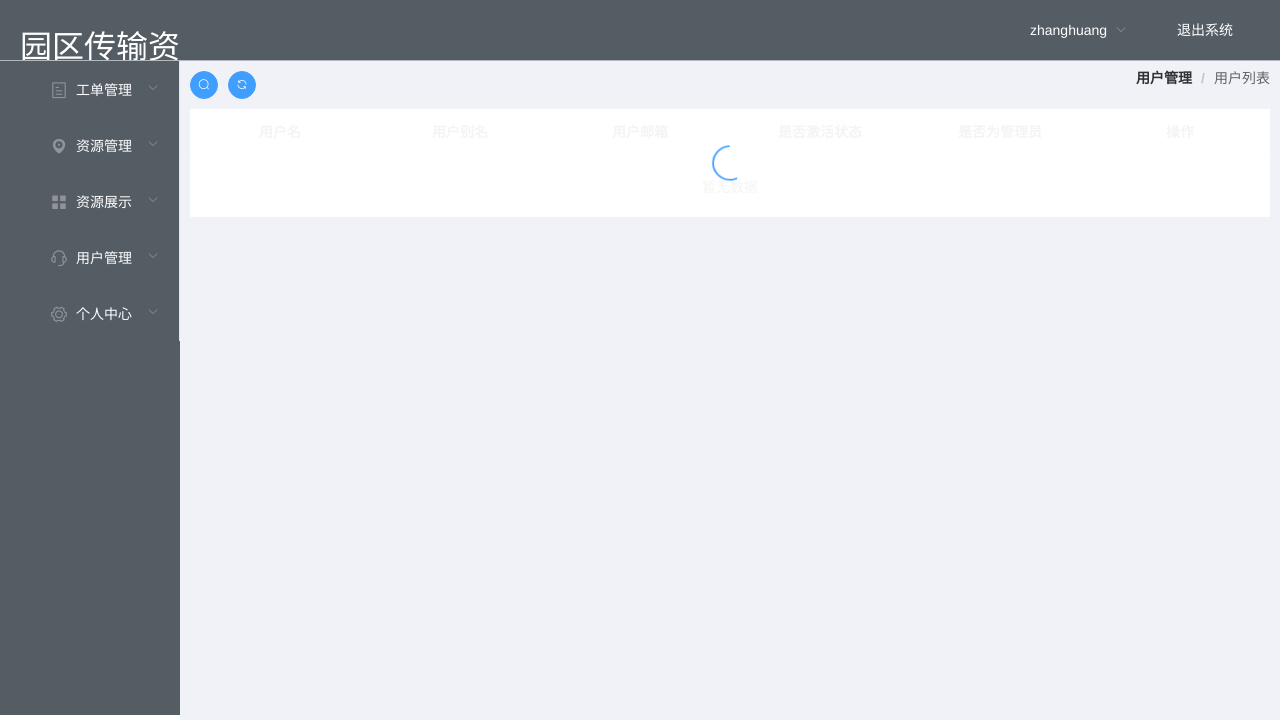
Repository: LezBaishi/yqpass
Page: /#/3 (app in yqpass-v1.5/frontend/)
These files come from the project's save history. The page is drawn as it stood at one moment and after the next save; the edit follows.
The browser window is 1280 px wide. The pictures show the whole page.
The page's requests for data from a server got no answer. The project was rebuilt for these pictures with package versions that can differ from the ones it lists, and the page was loaded fresh each time. No one was signed in, and anything a server would have sent is missing. Also part of the build but not shown: yqpass-v1.5/frontend/src/components/OrderlistNew.vue, yqpass-v1.5/frontend/src/components/OrderDetailUnfinished.vue, yqpass-v1.5/frontend/src/components/OrderlistUnfinished.vue, yqpass-v1.5/frontend/src/components/OrderDetailCompleted.vue, yqpass-v1.5/frontend/src/components/OrderlistCompleted.vue, yqpass-v1.5/frontend/src/components/Orderlist.vue, yqpass-v1.5/frontend/src/components/ResCableDetail.vue, yqpass-v1.5/frontend/src/components/ResCable.vue and 13 more.

Above is the page before, as saved 2018-10-21 17:24:33.

### yqpass-v1.5/frontend/index.html
<!DOCTYPE html>
<html>
  <head>
    <meta charset="utf-8">
    <meta name="viewport" content="width=device-width,initial-scale=1.0">
    <title>zhang</title>
  </head>
  <body>
    <div id="app"></div>
    <!-- built files will be auto injected -->
  </body>
</html>

### yqpass-v1.5/frontend/src/main.js
// The Vue build version to load with the `import` command
// (runtime-only or standalone) has been set in webpack.base.conf with an alias.
import Vue from 'vue'
import App from './App'
import router from './router'
import ElementUI from 'element-ui'
import 'element-ui/lib/theme-chalk/index.css'
import $ from 'jquery'
import store from './store/store'

import './axios/'
import Axios from 'axios'
Axios.defaults.withCredentials = true
Vue.prototype.$http = Axios


Vue.use(ElementUI)
Vue.config.productionTip = false

/* eslint-disable no-new */
new Vue({
  el: '#app',
  store,
  router,
  components: { App },
  template: '<App/>'
})

### yqpass-v1.5/frontend/src/store/store.js
// The Vue build version to load with the `import` command
// (runtime-only or standalone) has been set in webpack.base.conf with an alias.
import Vue from 'vue'
import Vuex from 'vuex'

import mutations from './mutations';
import * as actions from './actions';
import * as getters from './getters';

Vue.use(Vuex);

import cookie from '../static/js/cookie'

const userInfo = {
	name:cookie.getCookie('name')||'',
	token:cookie.getCookie('token')||''
}

const state = {
	userInfo
}

export default new Vuex.Store({
	state,
	mutations,
	actions,
	getters
});

### yqpass-v1.5/frontend/src/axios/index.js
// The Vue build version to load with the `import` command
// (runtime-only or standalone) has been set in webpack.base.conf with an alias.
import Vue from 'vue'
import axios from 'axios'

import store from '../store/store'

import * as types from '../store/mutation-types';
import router from '../router'

axios.defaults.withCredentials = true

// 创建axios实例
const service = axios.create({
	 timeout: 5000, // 请求的超时时间
	 withCredentials: true // 允许携带cookie
})

// request拦截器
service.interceptors.request.use(
 config => {
 // 发送请求之前，要做的业务
 	if (config.method=='post') {
 		config.headers['Content-Type'] = application/json
 	}
 	return config
 },
 error => {
 // 错误处理代码

 return Promise.reject(error)
 }
)

// response拦截器
service.interceptors.response.use(
 response => {
 // 数据响应之后，要做的业务
 return response
 },
 error => {
 return Promise.reject(error)
 }
)
export default service

### yqpass-v1.5/frontend/src/components/Layout.vue
<template lang="html">
  <el-row class="panel">
    <el-row class="top">
      <el-col :span='24' class="panel-top">
        <el-col style="width:180px; padding-left:20px; height: 100%;align-items: flex-end;">
          <!-- <img src="../assets/logo1.png"  alt="log" class="img" /> -->
          <!-- <a style="font-size: 28px;color: #ffffff;">ChinaMobile</a> -->
          <h1 style="color:#ffffff;">{{ msg }}</h1>
        </el-col>
        <el-col class='rightbar'>
          <el-menu router mode="horizontal" @select="handleSelect" background-color="#545c64" text-color="#fff" active-text-color="#ffd04b">
            <el-submenu index="1">
              <template slot="title">zhanghuang</template>
              <el-menu-item index="/personcenter">个人中心</el-menu-item>
            </el-submenu>
            <el-menu-item index="2">退出系统</el-menu-item>
          </el-menu>
            <!-- <el-dropdown trigger="click"  placement="bottom-end" v-if="userInfo.name">
            <span class="el-dropdown-link" v-model="name" style="cursor: pointer;font-weight:700l;font-size:15px;">
              欢迎您： {{userInfo.name}}<i class="el-icon-caret-bottom el-icon--right"></i>
            </span>
            <el-dropdown-menu slot="dropdown">
              <el-dropdown-item @click.native="toPersonCenter">个人中心</el-dropdown-item>
              <el-dropdown-item @click.native="toLogin">退出登录</el-dropdown-item>
            </el-dropdown-menu>
          </el-dropdown>
          <el-dropdown trigger="click" placement="top" v-else>
            <span class="el-dropdown-link" v-model="name" style="cursor: pointer;font-weight:700l;font-size:15px;">
              您好，请先登录<i class="el-icon-caret-bottom el-icon--right"></i>
            </span>
            <el-dropdown-menu slot="dropdown">
              <el-dropdown-item @click.native="firstLogin">前往登录</el-dropdown-item>
              <el-dropdown-item @click.native="firstRes">前往注册</el-dropdown-item>
            </el-dropdown-menu>
          </el-dropdown>             -->
        </el-col>
      </el-col>
    </el-row>
    <!-- <el-row class="top-nav">
      <el-col :span=10 :push="3">
          <el-tabs v-model="activeName" :stretch="true" @tab-click="handleClick" type="border-card">
          	<el-tab-pane v-for="(item, index) in label_list" :key="index" :label="item.title" :name="index">{{ item.title }}</el-tab-pane>
          </el-tabs>
      </el-col>
    </el-row> -->
    <el-row class="panel-center">
      <router-view></router-view>
    </el-row>
  </el-row>
</template>

<script>
import Orderlist from '../components/Orderlist'
import Resmanagement from '../components/Resmanagement'
import PersonCenter from '@/components/PersonCenter'
import { logout,getUserDetail } from '../api/api'
import { mapGetters } from 'vuex';
export default {
  components: {
  	Orderlist,
  	Resmanagement,
  	PersonCenter
  },
  data () {
    return {
      activeName: '0',
      msg: '园区传输资源调度系统',
      label_list: [
        {
          title: '工单管理',
        },
        {
          title: '资源管理',
        },
        {
          title: '资源展示',
        },
        {
          title: '用户管理',
        }
      ]
    }
  },
  computed: {
  	...mapGetters({
  		userInfo: 'userInfo'
  	})
  },
  methods: {
    handleClick (tab, event) {
      console.log(tab, event);
      let urlStr = '/' + this.activeName;
      this.$router.push(urlStr);
    },
    toPersonCenter () {
	  	  getUserDetail({}).then((response)=> {
	  		if (response.data.code == 1) {
	  			this.$router.push({path: '/personcenter'})
	  		}else{
	  			return response.data.msg
	  		}
	  	})

    },
    toLogin () {
    	this.$confirm('是否确定退出系统', '提示', {
    		confirmButtonText: '确定',
    		cancelButtonText: '取消',
    		type: 'warning'
    	}).then(() => {
		  	  logout({}).then((response)=> {
		  		console.log(response);
		  		if (response.data.code == 1) {
    				this.$router.push({path: '/login'})
		  		}else{
		  			return response.data.msg
		  		}
		  	})
    	}).catch(() => {

    	});
    },
    firstLogin () {
    	this.$router.push({path: '/login'})
    },
    firstRes () {
    	this.$router.push({path: '/reg'})
    }
  }
}
</script>

<!-- Add "scoped" attribute to limit CSS to this component only -->
<style lang="css" scoped>
h1, h2 {
  font-weight: normal;
}
ul {
  list-style-type: none;
  padding: 0;
}
li {
  display: inline-block;
  margin: 0 10px;
}
a {
  color: #42b983;
}
.panel {
  position:absolute;
  top:0;
  bottom: 5px;
  left: 0;
  right: 0;
  background:#ffffff;
}
.panel-top {
  display: flex;
  justify-content: space-between;
  height: 60px;
  background: #545c64;
  /* color: #c0ccda; */
  text-align: left;
  /* padding-left: 70px; */
}
.img{
  height:60px;
  left:0px;
  top:0px;
}
.rightbar {
  width: 280px;
  /* text-align: right; */
  /* padding-right: 20px; */
  /* line-height:50px; */
  /* align-items: center; */
  /* justify-content: flex-end; */
}
.top-nav {
	height: 40px;
}
.panel-center {
  background: #545c64;
  position: absolute;
  top: 60px;
  bottom: 0px;
  width: 100%;
  margin: auto 0;
    /*最外层要hidden*/
    /*这是行，绝对定位之后没有宽度因此必须设置width*/
}
.breadcrumb {
  margin-bottom: 10px;
}
.button_nav {
  margin-bottom: 10px;
}
.panel-c-c {
    /*这是列，因为已经有了列的宽度因此无需设置width*/
  background: #f1f2f7;
  position: absolute;
  right: 0px;
  top: 0px;
  bottom: 0px;
    /*内层设置滚动*/
  padding: 10px;
}
</style>

### yqpass-v1.5/frontend/src/components/Usermanagement.vue
<template lang="html">
  <div>
  	<el-row class="sidebar">
  	<el-col>
        <!-- <el-menu router :default-active="$route.path" theme="dark">
          <el-submenu>
            <template slot="title">用户管理</template>
            <el-menu-item index="/3/userList">用户列表</el-menu-item>
            <el-menu-item index="/3/roleList">角色列表</el-menu-item>
            <el-menu-item index="/3/deptList">部门列表</el-menu-item>
          </el-submenu>
        </el-menu> -->
        <el-menu router default-active="2" class="el-menu-vertical-demo" @open="handleOpen" @close="handleClose" background-color="#545c64" text-color="#fff" active-text-color="#ffd04b">
            <el-submenu index="1">
              <template slot="title">
                <i class="el-icon-tickets"></i>
                <span>工单管理</span>
              </template>
              <el-menu-item index="/0/orderNew">新建工单</el-menu-item>
              <el-menu-item index="/0/orderUnfinished">待办工单</el-menu-item>
              <el-menu-item index="/0/orderCompleted">已办工单</el-menu-item>
            </el-submenu>
            <el-submenu index="2">
              <template slot="title">
                <i class="el-icon-location"></i>
                <span>资源管理</span>
              </template>
              <el-menu-item index="/1/resCable">光缆总表</el-menu-item>
              <el-menu-item index="/1/resCircuit">已用电路</el-menu-item>
            </el-submenu>
            <el-submenu index="3">
              <template slot="title">
                <i class="el-icon-menu"></i>
                <span>资源展示</span>
              </template>
            </el-submenu>
            <el-submenu index="4">
              <template slot="title">
                <i class="el-icon-service"></i>
                <span>用户管理</span>
              </template>
              <el-menu-item index="/3/userList">用户列表</el-menu-item>
              <el-menu-item index="/3/roleList">角色列表</el-menu-item>
              <el-menu-item index="/3/deptList">部门列表</el-menu-item>
            </el-submenu>
            <el-submenu index="5">
              <template slot="title">
                <i class="el-icon-setting"></i>
                <span>个人中心</span>
              </template>
              <el-menu-item index="/personcenter/infor">个人信息</el-menu-item>
              <el-menu-item index="/personcenter/changepass">修改密码</el-menu-item>
            </el-submenu>
          </el-menu>
      </el-col>
    </el-row>
    <el-row class="panel-c-c">
      <el-col>
      	<router-view></router-view>
      </el-col>
    </el-row>
  </div>
</template>

<script>
import UserList from '../components/UserList'
import RoleList from '../components/RoleList'
import DeptList from '../components/DeptList'
export default {
  components: {
  	UserList,
  	RoleList,
  	DeptList
  },
  data () {
    return {

    }
  },
  methods: {

  }
}
</script>

<!-- Add "scoped" attribute to limit CSS to this component only -->
<style lang="css" scoped>
.container {
	position: absolute;
  	height: 100%;
  	width: 100%;
}
.sidebar {
	position: fixed;
  top: 60px;
  bottom: 0px;
  left: 0px;
  width: 180px;
  border-top: 1px solid RGBA(178,184,190,1);
  z-index: 2000;
  overflow-x: scroll;
  /* height: 100%;
  width: 100%; */
  /* display: flex; */
  /* flex: 1; */
}
.panel-c-c {
    /*这是列，因为已经有了列的宽度因此无需设置width*/
  background: #f1f2f7;
  position: fixed;
  top: 60px;
  bottom: 0px;
  left: 180px;
  right: 0px;
  /* width: 100%; */
  border-top: 1px solid RGBA(178,184,190,1);
  /* position: relative;
  margin-top: 80px;
  margin-left: 180px;
  margin: auto; */
  /* height: calc(100% - 60px);
  top: 0px;
  bottom: 0px; */
  /* height: 100%; */
  overflow-y: scroll;
    /*内层设置滚动*/
  padding: 10px;
}
</style>

### yqpass-v1.5/frontend/src/components/UserList.vue
<template lang="html">
  <div>
  	<el-row class="container">
      	<el-row v-if="seen" class="order_menu">
      		<el-form ref="search_form" :model="search_form" label-width="80px">
       		<el-row>
       			<h2 style="font-size:22px;">搜索用户</h2>
      			<el-col :offset="3" :span="8">
      				<el-form-item label="用户名" prop="userName">
      					<el-input v-model="search_form.userName" placeholder="请输入用户名" clearable></el-input>
      				</el-form-item>
      			</el-col>
      			<el-col :push="2" :span="8">
      				<el-form-item label="用户邮箱" prop="userEmail">
      					<el-input v-model="search_form.userEmail" placeholder="请输入用户邮箱" clearable></el-input>
      				</el-form-item>
      			</el-col>
	      	</el-row>
	      	<el-row>
	      		<el-col :offset="3" :span="8">
	      			<el-form-item label="用户别名" prop="userAlias">
	      				<el-input v-model="search_form.userAlias" placeholder="请输入用户别名" clearable></el-input>
	      			</el-form-item>
	      		</el-col>
	      		<el-col :push="2" :span="8">
	      			<el-form-item label="用户类型" prop="userCate">
	      				<el-select v-model="search_form.userCate" placeholder="请选择用户类型" style="width:100%;">
	      					<el-option label="所有用户" name="type" value="all"></el-option>
							<el-option label="一般用户" name="type" value="general"></el-option>
							<el-option label="管理用户" name="type" value="admin"></el-option>
	      				</el-select>
	      			</el-form-item>
	      		</el-col>
	      	</el-row>
	      	<el-row justify="space-around">
	      		<el-form-item>
	      			<el-col :push="9" :span="2">
						<el-button type="primary" size="medium" @click="searchOrder">搜索</el-button>
					</el-col>
					<el-col :push="9" :span="2">
						<el-button type="" size="medium" @click="resetForm('search_form')">重置</el-button>
					</el-col>
				</el-form-item>
	      	</el-row>
	      </el-form>
      	</el-row>
        <el-row>
          <el-col :span='12' class="button_nav">
          	<el-button type="primary" icon="el-icon-search" size="mini" circle style='float: left;' @click="searchBtn"></el-button>
           	<el-button type="primary" icon="el-icon-refresh" size="mini" circle style='float: left;' @click="refreshBtn"></el-button>
          </el-col>
          <el-col :span='12' class="breadcrumb">
            <el-breadcrumb separator="/" style='float: right;'>
              <el-breadcrumb-item :to="{ path: '/3/userList' }">用户管理</el-breadcrumb-item>
              <el-breadcrumb-item>用户列表</el-breadcrumb-item>
            </el-breadcrumb>
          </el-col>
        </el-row>
        <el-row>
        	<el-table :data="tableData" v-loading="loading">
  				<template v-for="column in tableColumns">
	  			<el-table-column header-align="center"
	  				:label="column.label"
	  				:prop="column.prop">
	  			</el-table-column>
  				</template>
  			<el-table-column
            	label="操作"
            	prop="" header-align="center">
            	<template slot-scope="scope">
					<el-button type="primary" circle size="mini" icon="el-icon-view" @click="onBtnDetailClick(scope.$index, tableData)"></el-button>
					<el-button type="danger" circle size="mini" icon="el-icon-delete" @click="onBtnDeleteClick(scope.$index, tableData)"></el-button>
            	</template>
       		 </el-table-column>
  			</el-table>
		</el-row>
		<el-row>
			<el-pagination class="pageView" v-if="paginationShow" background @size-change="handleSizeChange" @current-change="handleCurrentChange" :page-sizes="pageSizeList" :page-size="pageSize" layout="total,sizes,prev,pager,next" :page-count="pageCount" :total="totalCount">
			</el-pagination>
		</el-row>
    </el-row>
  </div>
</template>

<script>
import UserListDetail from '../components/UserListDetail'
import { getUserList,deleteUser } from '../api/api'
export default {
  data () {
    return {
		tableData: [],
		loading: true,
		pageNo: 1,
		totalPage: 0,
		totalCount: 0,
		pageCount: 10,
		paginationShow: false,
		pageSize: 10,
		pageSizeList: [5, 10, 15, 20],
		tableColumns: [
			{ label: '用户名', prop: 'username'},
			{ label: '用户别名', prop: 'alias' },
			{ label: '用户邮箱', prop: 'email'},
			{ label: '是否激活状态', prop: 'active'},
			{ label: '是否为管理员', prop: 'admin'}
		],
    	seen: false,
    	search_form: [
    	{
    		userName: '',
    		userEmail: '',
    		userAlias: '',
    		userCate: '',
    	}]
    }
  },
  methods: {
	searchBtn () {
		if (this.$data.seen == false){
			this.$data.seen = true;
		}else {
			this.$data.seen = false;
		}
	},
	refreshBtn () {
		this.getUserAllList();
	},
  searchOrder () {
		this.$data.seen = false;
		let paramsData = {};
		paramsData["username"] = this.search_form.userName;
		paramsData["email"] = this.search_form.userEmail;
		paramsData["alias"] = this.search_form.userAlias;
		paramsData["category"] = this.search_form.userCate;
		paramsData["per_page"] = this.pageSize;
		paramsData["page"] = this.pageNo;
		getUserList({params : paramsData}).then((response)=> {
			console.log(response)
			if (response.data.code == 1) {
				this.loading = false;
				let list = response.data.data.value;
				console.log(list);
				this.tableData = [];
				for (var i=0; i<list.length; i++) {
					this.tableData.push({
						username: list[i].username,
						alias: list[i].alias,
						email: list[i].email,
						active: list[i].active,
						admin: list[i].admin,
						id: list[i].id
					})
				};
			}
		})
  	},
  	resetForm(formName) {
		this.search_form = [
    	{
    		userName: '',
    		userEmail: '',
    		userAlias: '',
    		userCate: '',
    	}];
	},
	getUserAllList() {
		let paramsData = {};
		paramsData["category"] = "all";
		paramsData["per_page"] = this.pageSize;
		paramsData["page"] = this.pageNo;
		getUserList({params : paramsData}).then((response)=> {
			console.log(response);
			this.loading = false;
			if (response.data.code == 1)	{
				let list = response.data.data.value;
				console.log(list);
				this.tableData = [];
				for (var i=0; i<list.length; i++) {
					this.tableData.push({
						username: list[i].username,
						alias: list[i].alias,
						email: list[i].email,
						active: list[i].active,
						admin: list[i].admin,
						id: list[i].id
					}),
					this.tableData[i].active==true?this.tableData[i].active='激活':this.tableData[i].active='未激活';
					this.tableData[i].admin==true?this.tableData[i].admin='管理员':this.tableData[i].admin='普通用户';
				};
				console.log(this.tableData);
				this.totalCount = response.data.data.total
				console.log(this.totalCount)
				this.totalPage = Math.ceil(response.data.data.total/this.pageSize)
			console.log(this.totalPage)
			if (this.totalPage > 1) {
				this.paginationShow = true;
			}
			}
		})
	},
	handleSizeChange(val) {
  		console.log('每页' + val + '条');
  		var pageSize = `${val}`
  		this.pageSize = parseInt(pageSize)
  		this.$nextTick(() => this.getUserAllList())
  	},
  	handleCurrentChange(val) {
  		console.log(`当前页:`+val);
  		this.pageNo = val
  		this.getUserAllList()
  	},
	onBtnDetailClick (index, rows) {
		let rowValue = JSON.parse(JSON.stringify(rows[index]));
		this.$router.push({path: '/3/UserListDetail', query: {id: rowValue.id}})
	},
	onBtnDeleteClick (index, rows) {
		this.$confirm('是否确定删除该用户', '提示', {
        confirmButtonText: '确定',
        cancelButtonText: '取消',
        type: 'warning'
      }).then(() => {
		let rowValue = JSON.parse(JSON.stringify(rows[index]));
		console.log(rowValue);
		var that = this;
		let json = {};
		json["user_id"] = rowValue.id;
		var params = JSON.stringify(json);
		deleteUser(params).then((response)=> {
			if (response.data.code == 1) {
				this.$notify({
					title: '提示',
					message: '删除成功',
					type: 'success',
					duration: 1500
				});
				this.getUserAllList();
			}
		})
      }).catch(() => {

      });
	}
  },
  created () {
	this.getUserAllList();
  }
}
</script>

<!-- Add "scoped" attribute to limit CSS to this component only -->
<style lang="css" scoped>
.container {
  height: 100%;
  width: 100%;
}
.breadcrumb {
  margin-bottom: 10px;
}
.button_nav {
  margin-bottom: 10px;
}
.order_menu {
  -webkit-border-radius: 5px;
  border-radius: 5px;
  -moz-border-radius: 5px;
  background-color: #F9FAFC;
  margin: 10px auto 10px auto ;
  border: 2px solid #8492A6;
  padding: 0px 10px 0px 10px;
}
.pageView {
	height: 30px;
	display: flex;
	flex-direction: row;
	align-items: center;
	justify-content: center;
}
</style>

### yqpass-v1.5/frontend/src/store/mutations.js
import * as types from './mutation-types';
import cookie from '../static/js/cookie';
// 类似于事件 每个mutation都有字符类型的事件类型和回调函数
//全局引入vue
import Vue from 'vue';
import Axios from 'axios';
Vue.prototype.$http = Axios

export default {
    [types.SET_INFO] (state) {
        state.userInfo = {
            name:cookie.getCookie('name'),
        }
        console.log(state.userInfo);
    },

}

### yqpass-v1.5/frontend/src/store/actions.js
import * as types from './mutation-types';
// 提交mutation
function makeAction (type) {
  return ({ commit }, ...args) => commit(type, ...args);
};

export const setInfo = makeAction(types.SET_INFO);

### yqpass-v1.5/frontend/src/store/getters.js
export const userInfo = state => {
	return state.userInfo;
}

### yqpass-v1.5/frontend/src/static/js/cookie.js
//设置cookie,增加到vue实例方便全局调用
//vue全局调用的理由是，有些组件所用到的接口可能需要session验证，session从cookie获取
//当然，如果session保存到vuex的话除外
//全局引入vue
var cookie={
  setCookie (c_name, value, expiredays){
    var exdate = new Date();
    exdate.setTime(exdate.getTime()+expiredays);
    exdate.setDate(exdate.getDate() + expiredays);
    document.cookie = c_name + "=" + escape(value) + ((expiredays == null) ? "" : ";expires=" + exdate.toGMTString());
  },
  getCookie(name){
    var arr, reg = new RegExp("(^| )" + name + "=([^;]*)(;|$)");
    if (arr = document.cookie.match(reg))
      return (arr[2]);
    else
      return null;
    },
  delCookie(name){
    var exp = new Date();
    exp.setTime(exp.getTime() - 1);
    var cval = cookie.getCookie(name);
    if (cval != null)
      document.cookie = name + '=; expires=Thu, 01 Jan 1970 00:00:01 GMT;';
  }
}

export default cookie;

### yqpass-v1.5/frontend/src/store/mutation-types.js
// 使用常量替代mutation事件类型。
export const SET_INFO = 'SET_INFO';

Loaded but not shown: yqpass-v1.5/frontend/src/App.vue (common file); yqpass-v1.5/frontend/src/router/index.js (178 lines, source omitted); yqpass-v1.5/frontend/src/api/api.js (133 lines, source omitted)

After the next save:
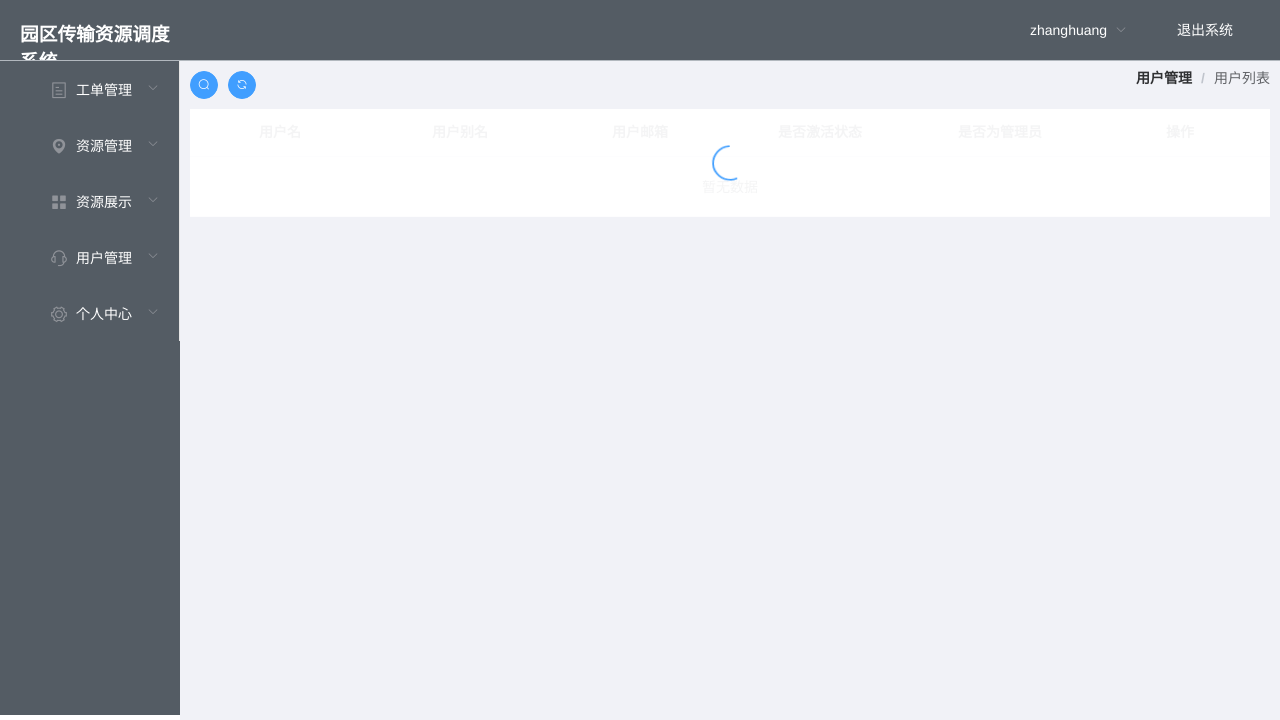
Saved 16 s later.
--- a/yqpass-v1.5/frontend/src/components/Layout.vue
+++ b/yqpass-v1.5/frontend/src/components/Layout.vue
@@ -5,7 +5,7 @@
         <el-col style="width:180px; padding-left:20px; height: 100%;align-items: flex-end;">
           <!-- <img src="../assets/logo1.png"  alt="log" class="img" /> -->
           <!-- <a style="font-size: 28px;color: #ffffff;">ChinaMobile</a> -->
-          <h1 style="color:#ffffff;">{{ msg }}</h1>
+          <h3 style="color:#ffffff;">{{ msg }}</h3>
         </el-col>
         <el-col class='rightbar'>
           <el-menu router mode="horizontal" @select="handleSelect" background-color="#545c64" text-color="#fff" active-text-color="#ffd04b">
